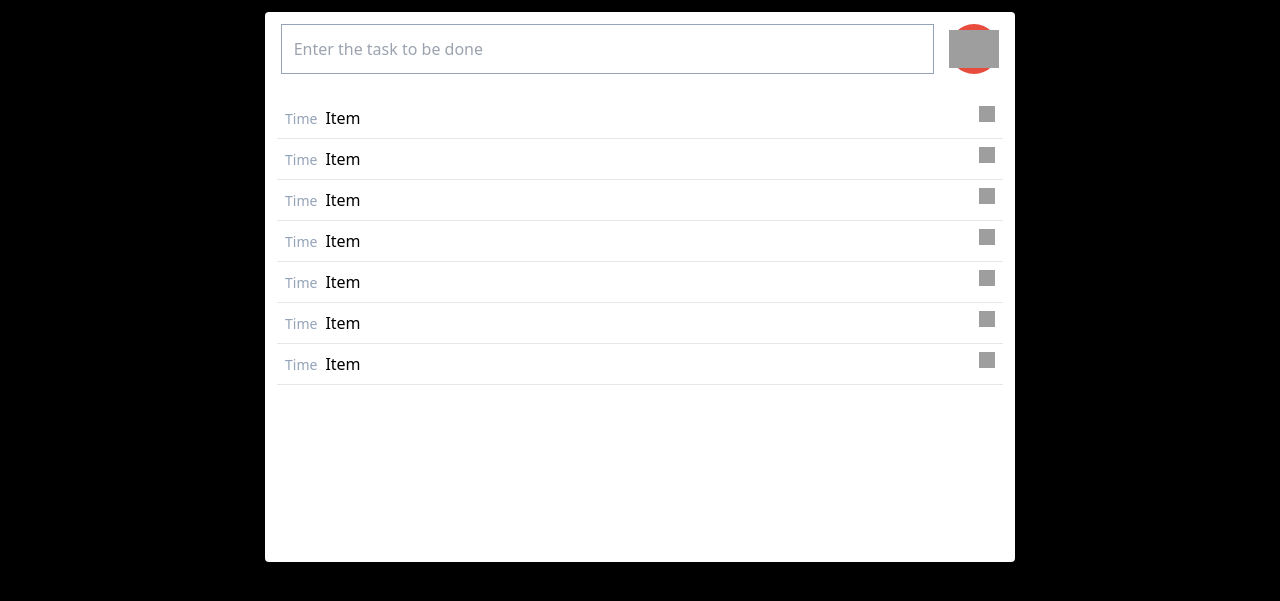
Repository: duttasayan835/todo-app-with-React-and-tailwind-CSS
Page: /, after clicking the first element matching `div.cursor-pointer`
The author's editor kept a copy of each file at every save. The page is drawn from the files as they stood at one save, then again after the next save.
The browser window is 1280 px wide. The pictures show the whole page.
Pictures or frames that could not be fetched are drawn as grey boxes. The project was rebuilt for these pictures with package versions that can differ from the ones it lists, and the page was loaded fresh each time.

Above is the page before, as saved 2024-06-12 13:11:56.

After the next save:
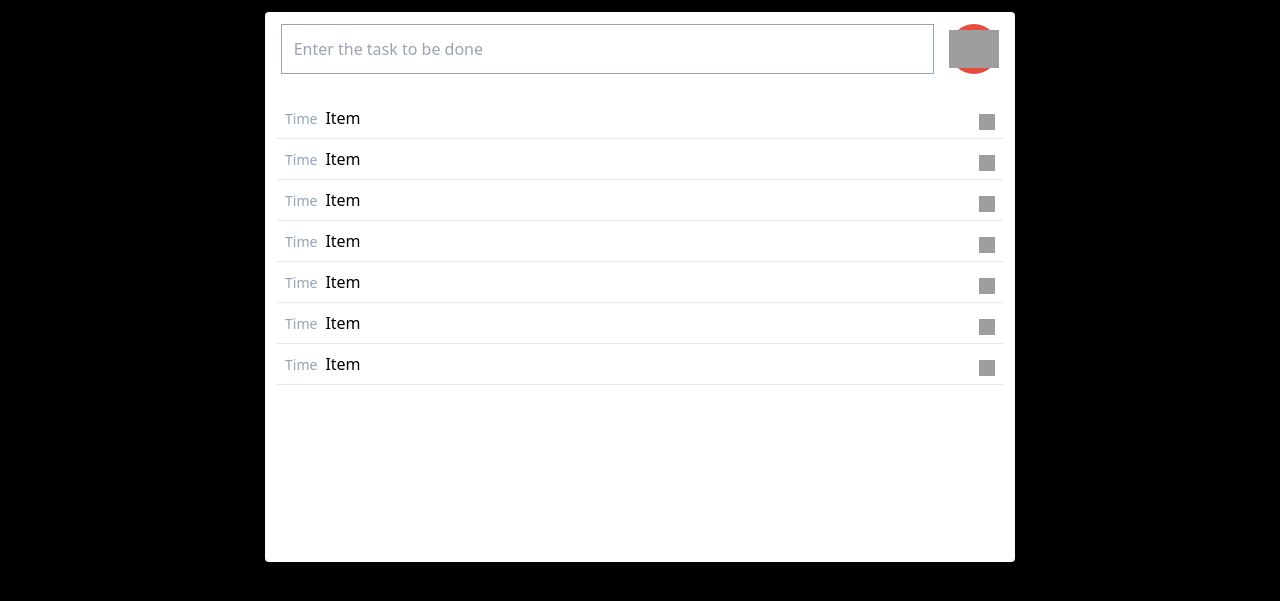
Saved 19 s later.
--- a/src/Components/Item.jsx
+++ b/src/Components/Item.jsx
@@ -7,7 +7,7 @@ export default function Item() {
         <span className="pr-2 text-[14px] text-slate-400">Time</span>
         <span>Item</span>
       </div>
-      <div className="text-[#e74c3d] flex items bg-center ">
+      <div className="text-[#e74c3d] flex items bg-center pt-2">
         <img
           className="w-4 h-4 "
           src="https://icon-library.com/images/trash-icon-vector/trash-icon-vector-19.jpg"
